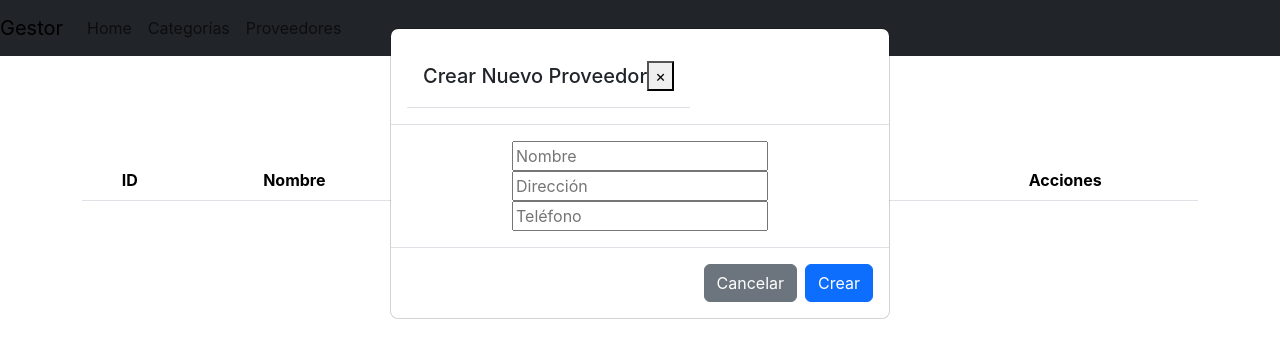
Repository: SantiagoGuaman/gestor-app
Page: /providers, after clicking the first element matching `button`
These files come from the project's save history. The page is drawn as it stood at one moment and after a run of saves; the edit follows.
The browser window is 1280 px wide. The pictures show the whole page.
The page's requests for data from a server got no answer. The project was rebuilt for these pictures with package versions that can differ from the ones it lists, and the page was loaded fresh each time. No one was signed in, and anything a server would have sent is missing. Also part of the build but not shown: src/App.css, src/Categories/GetDataCategories.js, src/HomePage/HomePage.js.

Above is the page before, as saved 2024-02-14 11:36:48.

After the next 3 saves:
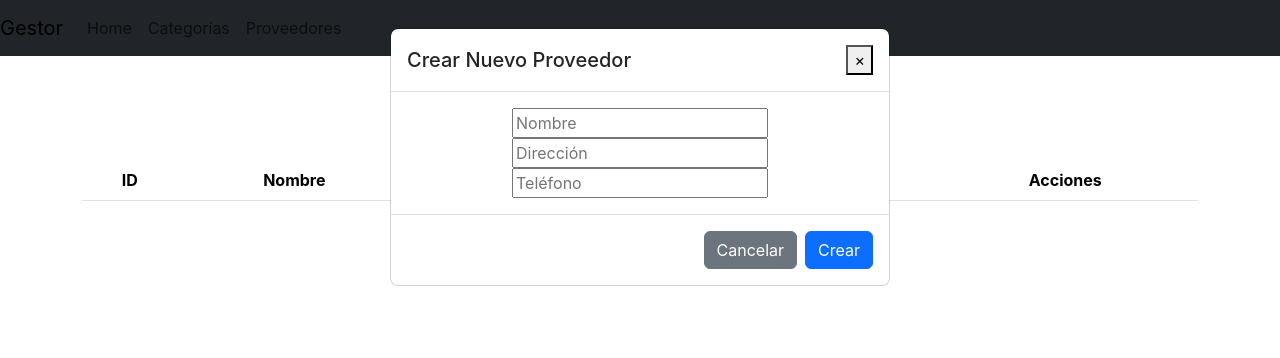
The 3 saves are shown as one change because they came seconds apart.
The last was saved 9 s later.
--- a/src/Proveedores/GetDataProviders.js
+++ b/src/Proveedores/GetDataProviders.js
@@ -143,14 +143,12 @@ function GetDataProviders() {
                     <div className="modal-dialog" role="document">
                         <div className="modal-content">
                             <div className="modal-header">
-                                <div className="modal-header">
-                                    <h5 className="modal-title">Crear Nuevo Proveedor</h5>
-                                    <button type="button" className="close" data-dismiss="modal" aria-label="Close" onClick={() => setCreateModalOpen(false)}>
-                                        <span aria-hidden="true">&times;</span>
-                                    </button>
-                                </div>
-
+                                <h5 className="modal-title">Crear Nuevo Proveedor</h5>
+                                <button type="button" className="close" data-dismiss="modal" aria-label="Close" onClick={() => setCreateModalOpen(false)}>
+                                    <span aria-hidden="true">&times;</span>
+                                </button>
                             </div>
+
                             <div className="modal-body">
                                 <input
                                     type="text"
